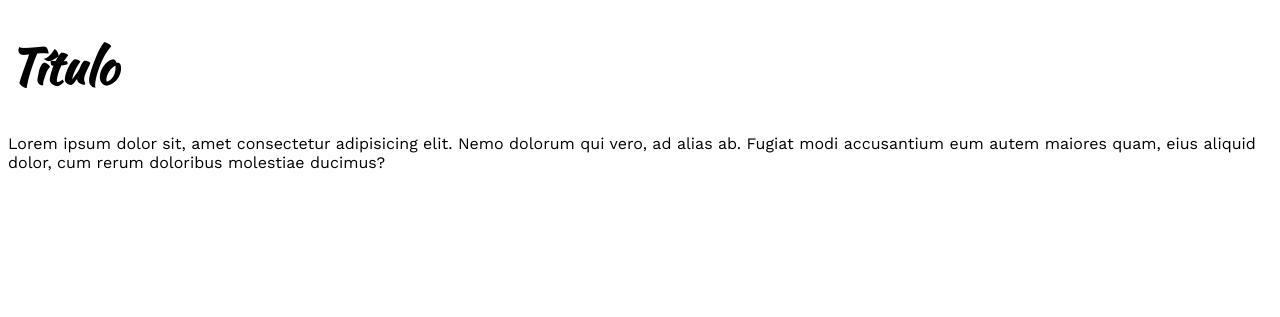
Repository: pheonix5/Estudo
Page: html-css/exercicios/ex018/fonte01.html
These files come from the project's save history. The page is drawn as it stood at one moment and after the next save; the edit follows.
The browser window is 1280 px wide. The pictures show the whole page.

Above is the page before, as saved 2023-08-12 23:37:44.

### html-css/exercicios/ex018/fonte01.html
<!DOCTYPE html>
<html lang="pt-br">
<head>
  <meta charset="UTF-8">
  <meta name="viewport" content="width=device-width, initial-scale=1.0">
  <title>Fotnes com Google Fonts</title>
  <style>
   @import url('https://fonts.googleapis.com/css2?family=Kaushan+Script&display=swap');

   @import url('https://fonts.googleapis.com/css2?family=Work+Sans:ital,wght@0,100;0,200;0,300;0,400;0,500;0,600;0,700;0,800;0,900;1,100;1,200;1,300;1,400;1,500;1,600;1,700;1,800;1,900&display=swap');
    body{
      font-family: 'Work Sans', sans-serif;
      font-size: 16px;
      color: #000;
    }
    h1{
      font-family: 'Kaushan Script', sans-serif;
      font-size: 3em;
    }
  </style>
</head>
<body>
  <h1>Título</h1>
  <p>Lorem ipsum dolor sit, amet consectetur adipisicing elit. Nemo dolorum qui vero, ad alias ab. Fugiat modi accusantium eum autem maiores quam, eius aliquid dolor, cum rerum doloribus molestiae ducimus?</p>
</body>
</html>

After the next save:
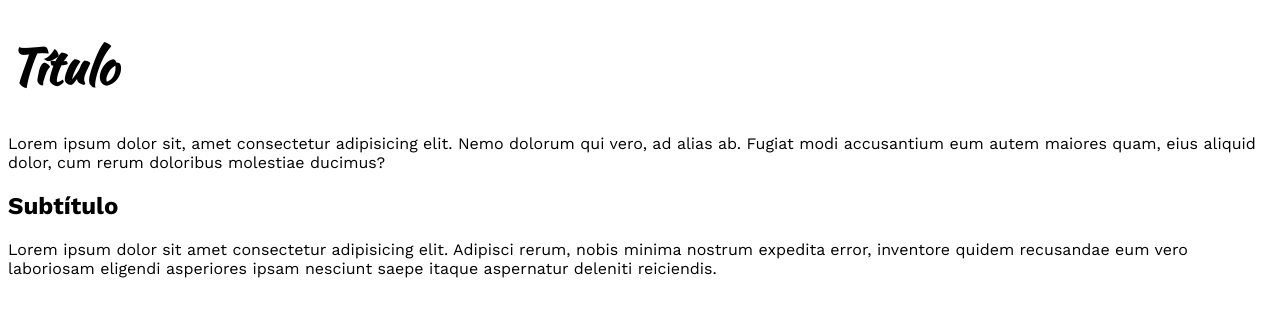
Saved 26 s later.
--- a/html-css/exercicios/ex018/fonte01.html
+++ b/html-css/exercicios/ex018/fonte01.html
@@ -22,5 +22,8 @@
 <body>
   <h1>Título</h1>
   <p>Lorem ipsum dolor sit, amet consectetur adipisicing elit. Nemo dolorum qui vero, ad alias ab. Fugiat modi accusantium eum autem maiores quam, eius aliquid dolor, cum rerum doloribus molestiae ducimus?</p>
+
+  <h2>Subtítulo</h2>
+  <p>Lorem ipsum dolor sit amet consectetur adipisicing elit. Adipisci rerum, nobis minima nostrum expedita error, inventore quidem recusandae eum vero laboriosam eligendi asperiores ipsam nesciunt saepe itaque aspernatur deleniti reiciendis.</p>
 </body>
 </html>
